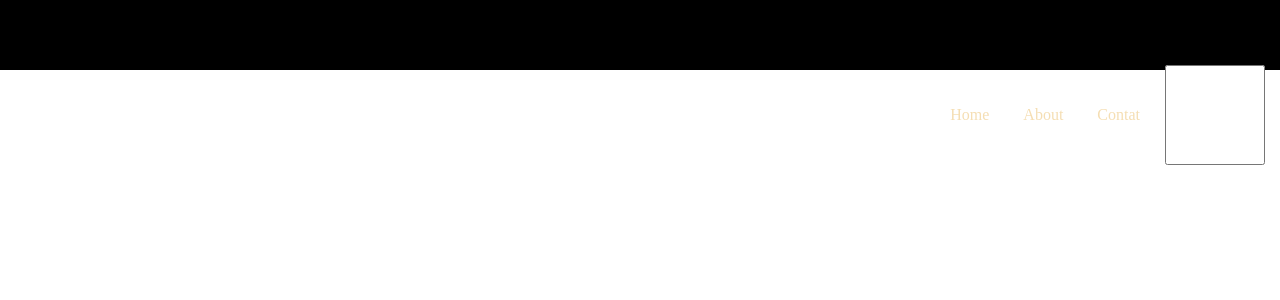
Repository: imokha01/toggleNavBar
Page: index.html
An editor plug-in stored every save of this project. The page is shown before and after the next save, followed by the edit.
The browser window is 1280 px wide. The pictures show the whole page.

Above is the page before, as saved 2023-12-26 22:23:30.

### index.html
<!DOCTYPE html>
<html lang="en">
<head>
    <meta charset="UTF-8">
    <meta name="viewport" content="width=device-width, initial-scale=1.0">
    <title>Toggle Nav Bar</title>
    <link rel="stylesheet" href="style.css">
</head>
<body>
    <header class="header">
        <div class="header__content">
            <nav class="header__content__navbar">
                <li class="header__content__navbar__list">
                    <a href="#" class="header__content__navbar__link">Home</a>
                </li>
                <li class="header__content__navbar__list">
                    <a href="#" class="header__content__navbar__link">About</a>
                </li>
                <li class="header__content__navbar__list">
                    <a href="#" class="header__content__navbar__link">Contat</a>
                </li>
            </nav>
            <input type="checkbox" class="checkbox toggle-triger">
        </div>

    </header>
</body>
</html>

### style.css
*{
    margin: 0;
    padding: 0;
    box-sizing: border-box;
}

.header {
    height: 20px;
    background: #000;
    height: 70px;

}


.header__content__navbar__list {
    display: inline-block;
    list-style-type: none;
}

.header__content__navbar__link{
    color: wheat;
    text-decoration: none;
    padding: 15px;
}

.header__content {
    display: flex;
    justify-content: end;
    align-items: center;
    padding: 15px;
    gap: 10px;
}

.checkbox {
    width: 100px;
    height:200px;
    border-radius: 100px;
    /* appearance: none; */


}

After the next save:
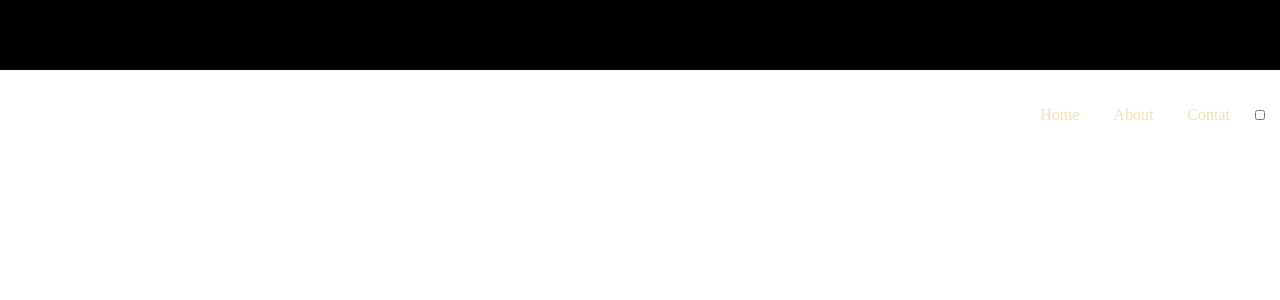
Saved 52 s later.
--- a/style.css
+++ b/style.css
@@ -32,7 +32,7 @@
 }
 
 .checkbox {
-    width: 100px;
+    width: 10px;
     height:200px;
     border-radius: 100px;
     /* appearance: none; */
